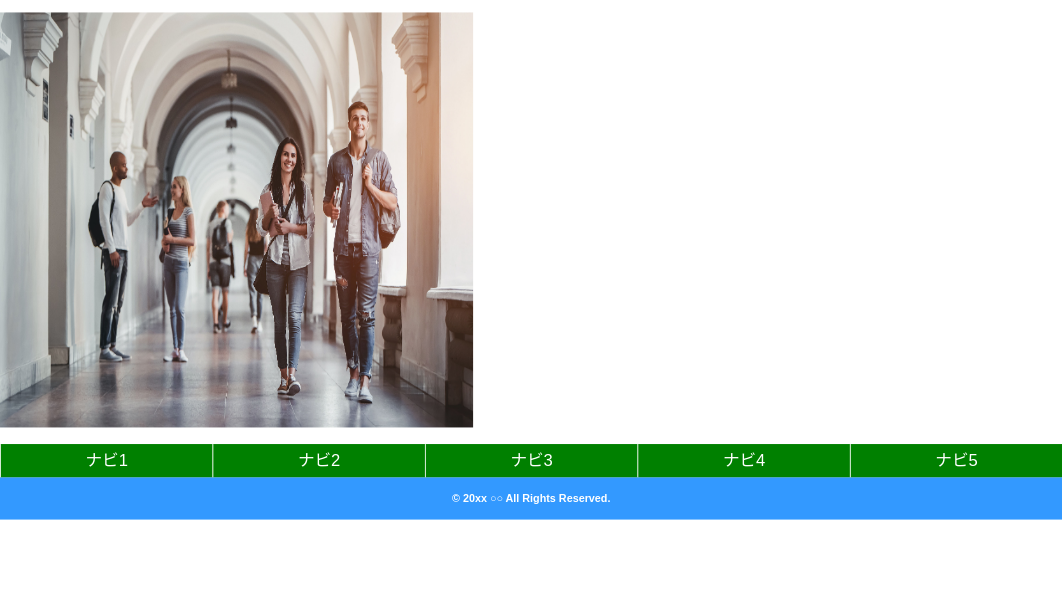
Repository: ondakoichi/samurai_HTML-CSS
Page: HTML/home.html
The author's editor kept a record of every edit. The page is drawn from the files as they stood at one moment, then again after the next edit.
The browser window is 1280 px wide. The pictures show the whole page, at 83% of full size.
Pictures or frames that could not be fetched are drawn as grey boxes.

Above is the page before.

### HTML/home.html
<!DOCTYPE html>
<html lang="ja">
    <head>
        <meta charset="UTF-8">
        <title>HTML/CSSの学習</title>
        <link rel="stylesheet" href="stylesheet.css">
    </head>
   <body>
        <div id="header">
            <h3><a href="index.html">
                <img id="corridor.jpg"
                src="images/corridor.jpg"
                alt="大学の廊下"
                width="570"
                height="500"/></a></h3>
        </div>
        <div id="wrapper">
          <div id="nav">
                <ul>
                    <li><a href="home.html">ナビ1</a></li>
                    <li><a href="#">ナビ2</a></li>
                    <li><a href="#">ナビ3</a></li>
                    <li><a href="#">ナビ4</a></li>
                    <li><a href="#">ナビ5</a></li>
                </ul>
            </div>
        </div>
        <div id="footer">
            <p>&copy; 20xx ○○ All Rights Reserved.</p>
        </div>
    </body>
</html>

### HTML/stylesheet.css
@charset "utf-8";

body {
	margin: 0;
	padding: 0;
	font-family: "ヒラギノ角ゴ Pro W3",
	"Hiragino Kaku Gothic Pro", "メイリオ",
	Meiryo, Osaka, "ＭＳ Ｐゴシック", "MS PGothic",
	sans-serif;
	color: #333;
	font-size: 13px;
	line-height: 150%;
}

/* -------------------- wrapper -------------------- */
#wrapper {
	width: 100%;
	margin: auto;
	padding: 0px;
	border: 0px;
	background-color: #FFF;
	top: 0px;
	position: relative;
}

 /* -------------------- header -------------------- */
 #header {
 	width: 100%;
 }
 #header h1 {
 	 margin: 0;
	 padding: 0;
 }

 #corridor {
	 width: 100%;
	 height: auto;
 }


 /* -------------------- footer -------------------- */
 #footer {
 	 clear: both;
 	 width: 100%;
 	 padding: 3px 0 3px 0;
 	 background: #39F;
 	 color: #FFF;
 	 font-weight: bold;
 	 text-align: center;
}

/* -------------------- nav -------------------- */
 #nav {
	 width: 100%;
 }
 #nav ul {
	 margin: 0;
	 padding: 0;
	 list-style-type: none;
 }
 #nav ul li {
	 float: left;
	 width: 20%;
	 text-align: center;
 }
 #nav ul li a {
	 display: block;
	 height: 20px;
	 margin: 0;
	 padding: 10px;
	 color: #FFF;
	 font-size: 20px;
	 text-decoration: none;
	 background-color: green;
    border-left: 1px solid white;
 }

 #nav ul li a:hover {
	 filter: drop-shadow(10px 10px 10px black);
 }

 /* -------------------- container -------------------- */
 #container {
	 width: 100%;
	 margin: auto ;
	 padding: auto;
	 padding-top: 20px;
	 clear: both;
 }
 /* -------------------- main -------------------- */
 #main {
	 float: left;
	 width: 60%;
	 padding: 10px 30px 10px 10px;
 }
 #main h2 {
	 margin: 0 0 10px 0;
	 padding: 3px 10px 3px 10px;
	 color: #FFF;
	 font-size: 16px;
	 border-left: solid 10px #C00;
	 background: #F90 url(../images/main_h2.jpg) right top repeat-y;
 }
 #main p {
	 margin: 0;
	 padding: 0;
 }
 #main .post {
	 margin: 0 0 30px 0;
 }

 #main .post img.right {
	 margin: 0 0 0 8px;
 }
 #main .post img.left {
	 margin: 0 8px 0 0;
 }

 .right {
	 float: right;
	 width: 40%;
	 height: auto;
 }
 .left {
	 float: left;
	 width: 40%;
	 height: auto;
 }

 /* -------------------- clearfix -------------------- */
 .clearfix {
	 zoom: 1;
 }
 .clearfix:after{
	 content: "";
	 display: block;
	 clear: both;
}
/* -------------------- clearfix -------------------- */
.clearfix {
	zoom: 1;
}
.clearfix:after{
	content: "";
	display: block;
	clear: both;
}

 /* -------------------- side -------------------- */
 #side {
 	 float: right;
 	 width: 30%;
 	 padding: 20px;
 	 background-color: #F99;
 }
 #side .box {
 	 margin: 0 auto 30px auto;
 	 padding: 0 0 20px 0;
 	 background: url(images/side_box.png) bottom no-repeat;
 }
 #side .box h2 {
 	 margin: 0;
 	 padding: 8px;
 	 text-align: center;
 	 color: #fff;
 	 font-size: 16px;
 	 line-height: 16px;
 	 font-weight: normal;
 	 background: url(images/side_box_h2.png) center no-repeat;
 }
 #side .box .boxBody {
 	 padding: 8px;
 	 border-right: solid 1px #C36;
 	 border-bottom: solid 1px #C36;
 	 border-left: solid 1px #C36;
 	 background: #fff;
 }
 #side .box .boxBody ul {
 	 margin: 0 0 16px 0;
 	 padding: 0;
 }
 #side .box .boxBody ul li {
 	 padding: 8px 0 8px 4px;
 	 list-style: none;
 	 border-bottom: solid 1px #C36;
 }

After the next edit:
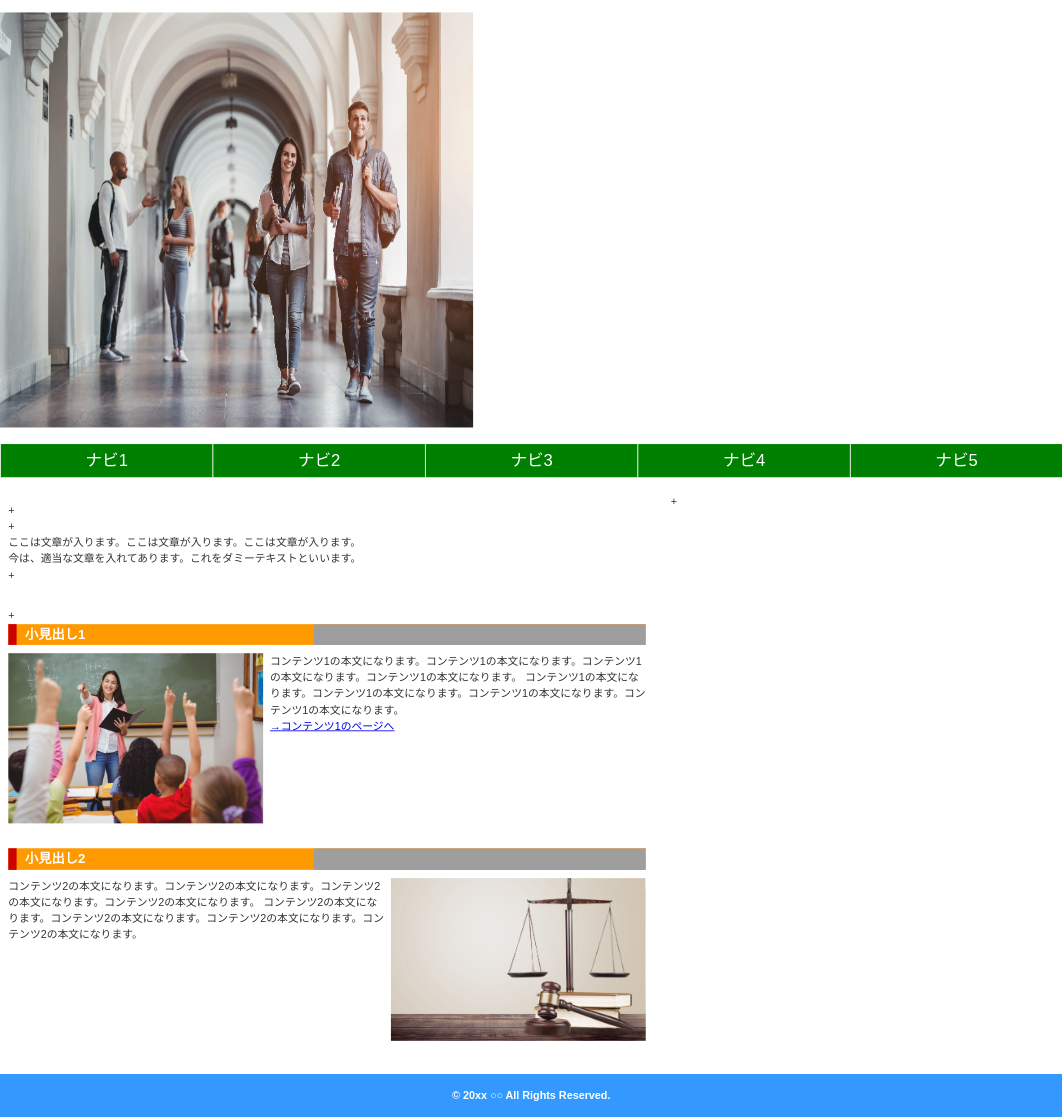
The edit:
--- a/HTML/home.html
+++ b/HTML/home.html
@@ -25,6 +25,30 @@
                 </ul>
             </div>
         </div>
+        <div id="container">
++                <div id="main">
++                    <div class="post">
++                        <p>ここは文章が入ります。ここは文章が入ります。ここは文章が入ります。<br />今は、適当な文章を入れてあります。これをダミーテキストといいます。</p>
++                    </div>
++                    <div class="post clearfix">
+                        <h2>小見出し1</h2>
+                        <img class="left" src="images/classroom.jpg" alt="授業風景" />
+                     <p>
+                            コンテンツ1の本文になります。コンテンツ1の本文になります。コンテンツ1の本文になります。コンテンツ1の本文になります。
+                            コンテンツ1の本文になります。コンテンツ1の本文になります。コンテンツ1の本文になります。コンテンツ1の本文になります。
+                        </p>
+                        <p><a href="#">→コンテンツ1のページへ</a></p>
+                    </div>
+                    <div class="post clearfix">
+                        <h2>小見出し2</h2>
+                        <img class="right" src="images/scale.jpg" alt="天秤" />
+                        <p>
+                            コンテンツ2の本文になります。コンテンツ2の本文になります。コンテンツ2の本文になります。コンテンツ2の本文になります。
+                            コンテンツ2の本文になります。コンテンツ2の本文になります。コンテンツ2の本文になります。コンテンツ2の本文になります。
+                        </p>
+                    </div>
+                </div>
+            </div>
         <div id="footer">
             <p>&copy; 20xx ○○ All Rights Reserved.</p>
         </div>
